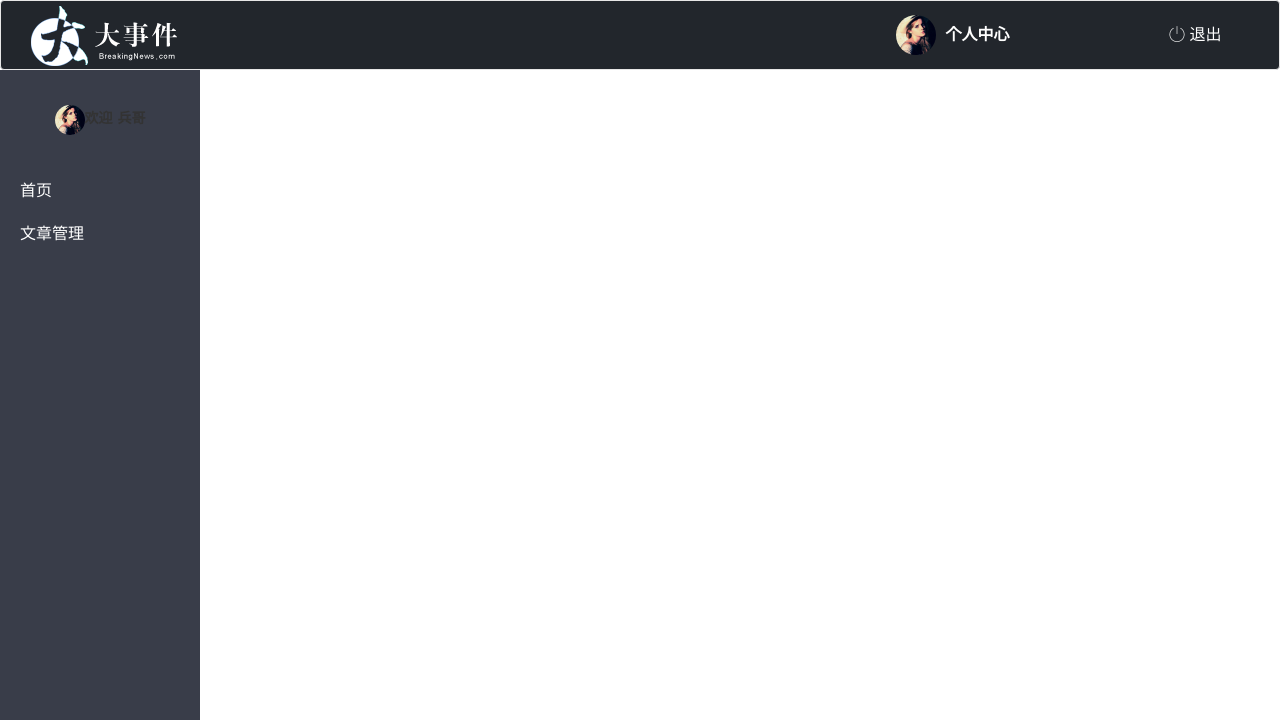
Repository: pursuit-YHP/project_dashijian
Page: index.html
These files come from the project's save history. The page is drawn as it stood at one moment and after the next save; the edit follows.
The browser window is 1280 px wide. The pictures show the whole page.
The style sheet was rebuilt from its Sass, Less or Tailwind sources for each picture, by a compiler version that may differ from the author's.

Above is the page before, as saved 2022-03-13 20:33:38.

### index.html
<!DOCTYPE html>
<html lang="en">

<head>
    <meta charset="UTF-8">
    <meta http-equiv="X-UA-Compatible" content="IE=edge">
    <meta name="viewport" content="width=device-width, initial-scale=1.0">
    <title>Document</title>
    <link rel="stylesheet" href="./assets/lib/bootstrap.css">
    <link rel="stylesheet" href="./assets/css/index.css">

    <link rel="stylesheet" href="./assets/fonts/iconfont.css">
</head>

<body>
    <!-- 头部 -->
    <nav class="navbar navbar-default">
        <div class="container-fluid">
            <div class="navbar-header">
                <a class="navbar-brand" href="#">
                    <img alt="Brand" src="./assets/images/logo.png">
                </a>
            </div>
            <div class="setting">
                <div class="tx_zoom">
                    <div class="touxiang"></div>
                    <label class="myzoon">个人中心</label>
                </div>
                <div class="unlogin">
                    <span class="iconfont icon-tuichu"></span>
                    <span>退出</span>
                </div>
            </div>
        </div>

    </nav>
    <!-- 侧边导航栏 -->
    <aside>
        <div class="aside_head">
            <span></span>
            <label for="">欢迎 </label>
            <label for="" style="margin-left: 5px;"> 兵哥</label>
        </div>
        <div class="aside_body">
            <ul>
                <li>
                    <a href="javascript:;">首页</a>
                </li>
                <li><a href="javasecipt:;">文章管理</a></li>
                <ul>
                    <li><a href="">文章类别</a></li>
                    <li><a href="">文章列表</a></li>
                    <li><a href="">发表文章</a></li>
                </ul>
                <li></li>
            </ul>
        </div>
    </aside>
    <!-- 中心区域 -->
</body>

</html>

### assets/css/index.less
*{
    padding: 0;
    margin: 0;
}
a{
    text-decoration: none;
    color: white;
}
.navbar-default{
    height: 70px;
    background-color: rgba(34, 38, 44)!important;

    img{
        margin-left: 15px;
        margin-top: -10px;
    }
}
.setting{
    width: 30%;
    height: 100%;
    position: absolute;
    top: 0;
    right: 0;
    display: flex;
    align-items: center;
    justify-content: space-around;
}
.tx_zoom{
    flex:1;
    display: flex;
    align-items: center;
}
.touxiang{
    display: inline-block;
    width: 40px;
    height: 40px;
    border-radius: 50%;
    background: url(../images/sample.jpg) no-repeat center;
    background-size: 40px auto;
}
.myzoon{
    display: inline-block;
    margin-left: 10px;
    color: white;
    font-size: 16px;
    margin-bottom: 0;
}
.unlogin{
    width: 80px;
    margin-right: 30px;
    color: white;
    font-size: 16px;
}

aside{
    position: fixed;
    left: 0;
    top: 70px;
    width: 200px;
    height: 100%;
    background-color: #393D49;
}
.aside_head{
    width: 100%;
    height: 100px;
    line-height: 100px;
    text-align: center;
    display: flex;
    align-items: center;
    justify-content: center;
    span{
        display: inline-block;
        width: 30px;
        height: 30px;
        border-radius: 50%;
        background: url(../images/sample.jpg) no-repeat center;
        background-size: 30px;
    }
}
.aside_body{
    li{
        padding: 10px 20px;
        font-size: 16px;

    }
    >ul ul{
        display: none;
        li{
            padding-left: 30px;
        }
    }
}

Loaded but not shown: assets/lib/bootstrap.css (library); assets/fonts/iconfont.css (common file)

After the next save:
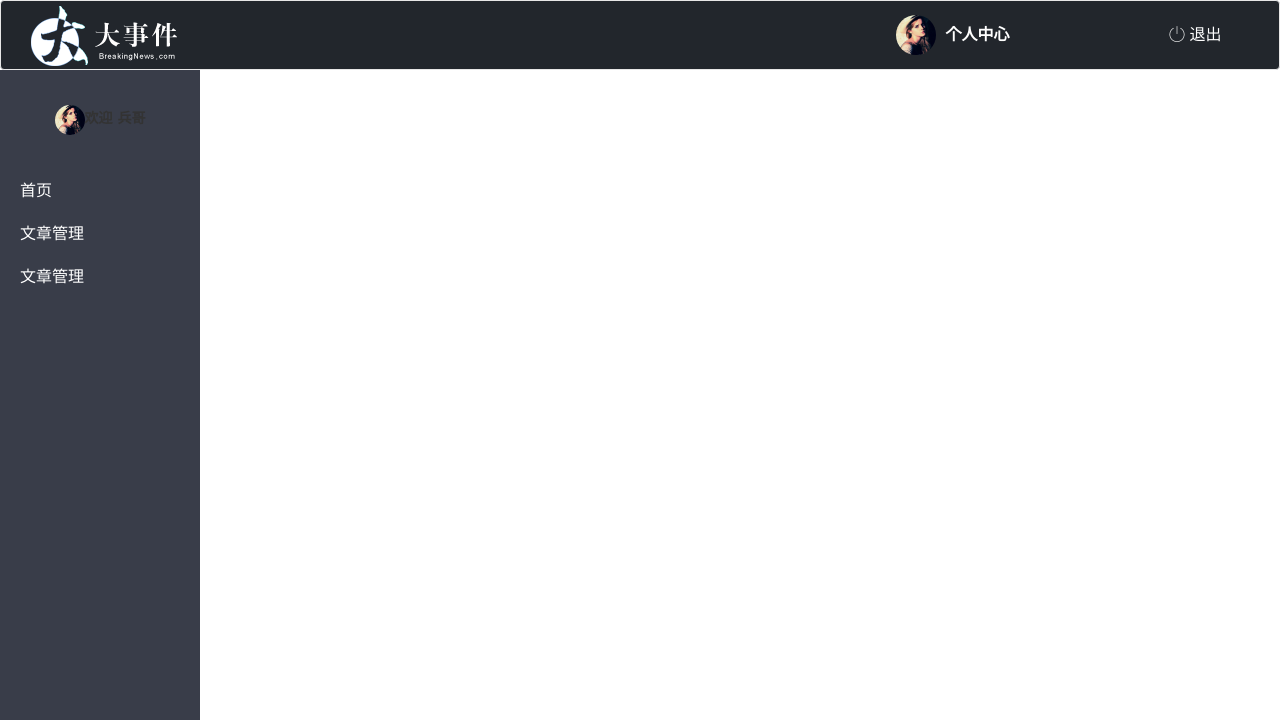
Saved 10 s later.
--- a/index.html
+++ b/index.html
@@ -52,7 +52,12 @@
                     <li><a href="">文章列表</a></li>
                     <li><a href="">发表文章</a></li>
                 </ul>
-                <li></li>
+                <li><a href="javasecipt:;">文章管理</a></li>
+                <ul>
+                    <li><a href="">文章类别</a></li>
+                    <li><a href="">文章列表</a></li>
+                    <li><a href="">发表文章</a></li>
+                </ul>
             </ul>
         </div>
     </aside>
